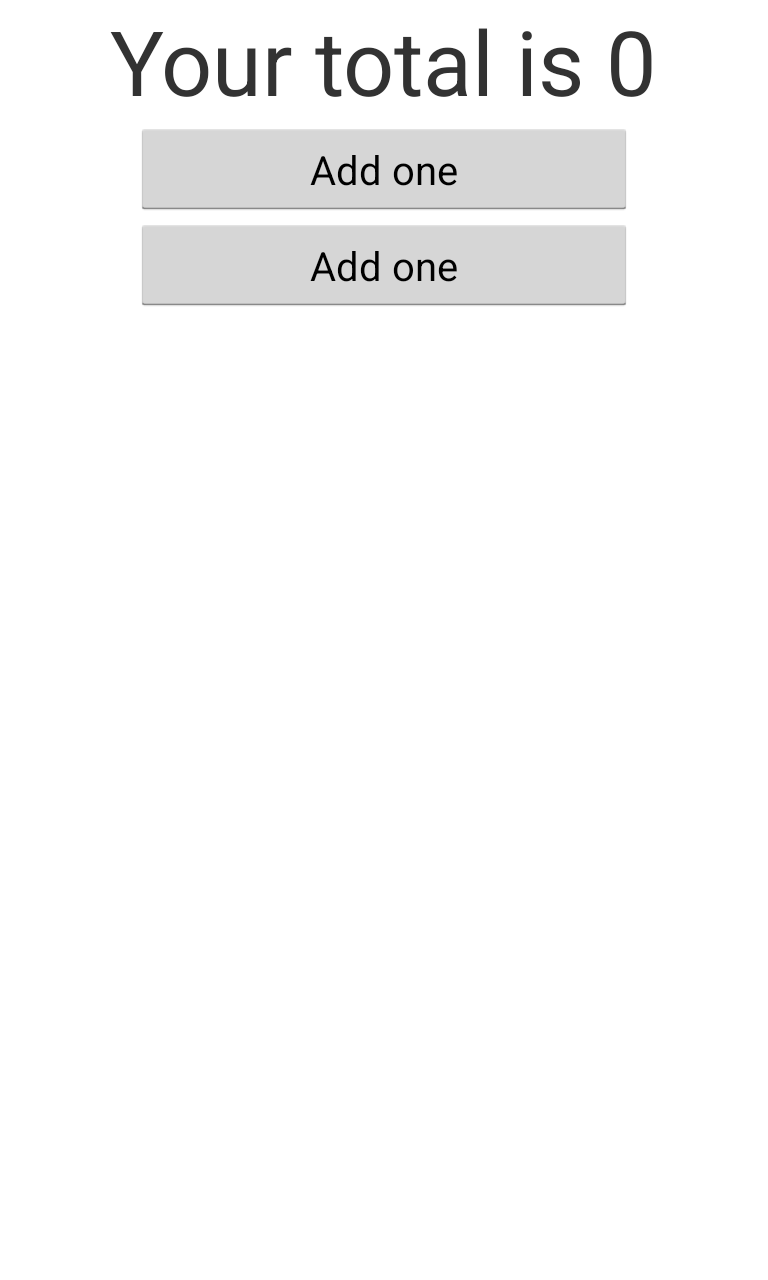
Repository: robadu/workspace
Layout: TheNewBoston/res/layout/activity_main.xml
An editor plug-in stored every save of this project. The layout is shown before and after a run of saves, followed by the edit.
It is drawn on a 768 x 1280 px phone screen (xhdpi) without system bars, with theme AppTheme; the app's code is not run.

Above is the layout before, as saved 2013-07-23 09:22:23.

### TheNewBoston/res/layout/activity_main.xml
<LinearLayout xmlns:android="http://schemas.android.com/apk/res/android"
    xmlns:tools="http://schemas.android.com/tools"
    android:orientation="vertical"
    android:layout_width="fill_parent"
    android:layout_height="fill_parent"
    >

    <TextView
        android:layout_width="wrap_content"
        android:layout_height="wrap_content"
        android:text="Your total is 0"
    	android:textSize="45dp"
		android:layout_gravity="center"
	 />

     <Button
        android:layout_width="250dp"
        android:layout_height="wrap_content"
        android:text="Add one"
        android:layout_gravity="center"
        android:textSize="20dp"
      />

     <Button
        android:layout_width="250dp"
        android:layout_height="wrap_content"
        android:text="Add one"
        android:layout_gravity="center"
        android:textSize="20dp"
      />

</LinearLayout>

Loaded but not shown: TheNewBoston/res/values/styles.xml (common file); TheNewBoston/res/values-v11/styles.xml (common file); TheNewBoston/res/values-v14/styles.xml (common file)

After the next 3 saves:
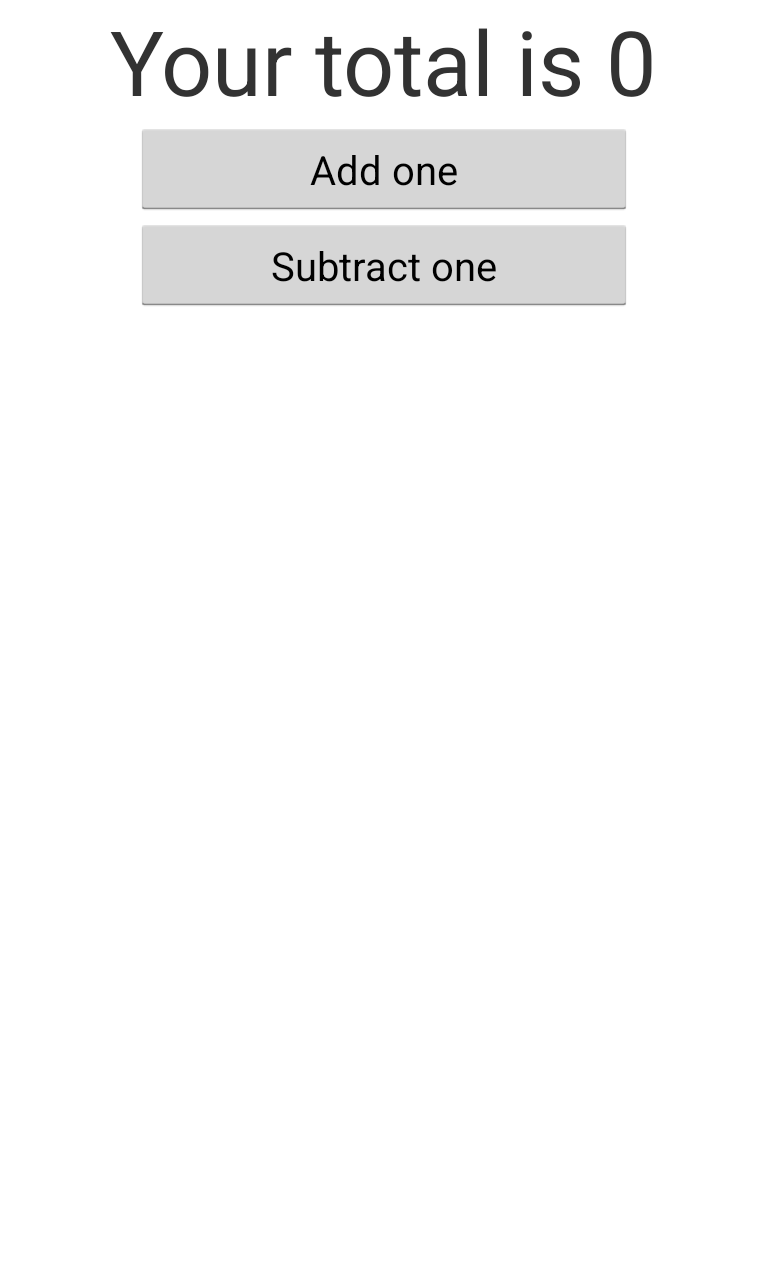
The 3 saves are shown as one change because 2 did not build or start.
The last was saved 9 min 32 s later.
--- a/TheNewBoston/res/layout/activity_main.xml
+++ b/TheNewBoston/res/layout/activity_main.xml
@@ -11,6 +11,7 @@
         android:text="Your total is 0"
     	android:textSize="45dp"
 		android:layout_gravity="center"
+		android:id="@+id/tvDisplay"
 	 />
 
      <Button
@@ -19,14 +20,16 @@
         android:text="Add one"
         android:layout_gravity="center"
         android:textSize="20dp"
+       	android:id="@+id/bAdd"
       />
 
      <Button
         android:layout_width="250dp"
         android:layout_height="wrap_content"
-        android:text="Add one"
+        android:text="Subtract one"
         android:layout_gravity="center"
         android:textSize="20dp"
+     	android:id="@+id/bSub"
       />
 
 </LinearLayout>
